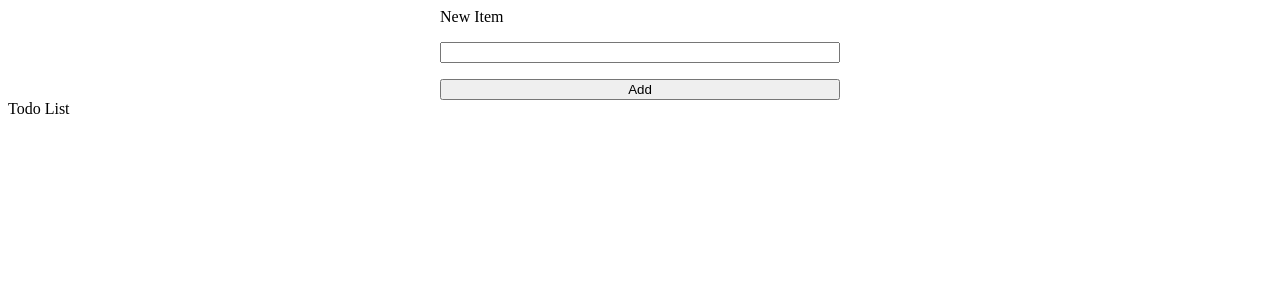
Repository: emmanuel2011-program/react-to-do-list
Page: /
The author's editor kept a copy of each file at every save. The page is drawn from the files as they stood at one save, then again after the next save.
The browser window is 1280 px wide. The pictures show the whole page.
The project was rebuilt for these pictures with package versions that can differ from the ones it lists, and the page was loaded fresh each time. Also part of the build but not shown: vite.config.js.

Above is the page before, as saved 2025-11-02 03:02:06.

### index.html
<!doctype html>
<html lang="en">
  <head>
    <meta charset="UTF-8" />
    <link rel="icon" type="image/svg+xml" href="/vite.svg" />
    <meta name="viewport" content="width=device-width, initial-scale=1.0" />
    <title>react-to-do-list</title>
  </head>
  <body>
    <div id="root"></div>
    <script type="module" src="/src/main.jsx"></script>
  </body>
</html>

### src/App.jsx
import "./styles.css"

export default function App() {
  return (
    <>
  <form className="new-itemform">

      <label htmlFor="item">New Item</label>
      <input type="text" id="item" />
    <button className="btn">Add</button>
  </form>
  <hi className="header">Todo List</hi>
  </>
)
}

### src/styles.css
/* Align the label above the input */
.new-itemform {
  display: flex;
  flex-direction: column;
  gap: 1rem; /* space between rows if you add more later */
  max-width: 400px;
  margin: 0 auto;
}

.form-row {
  display: flex;
  flex-direction: column; /* 👈 stacks label above input */
}

.form-row label {
  margin-bottom: 6px;
  font-weight: 600;
  font-size: 0.95rem;
  color: var(--muted);
}

.form-row input {
  padding: 10px 12px;
  font-size: 1rem;
  border-radius: 8px;
  border: 1px solid #334155;
  background-color: #ecedf0;
  color: var(--text);
  outline: none;
  transition: border 0.2s ease, box-shadow 0.2s ease;
}

.form-row input:focus {
  border-color: var(--accent);
  box-shadow: 0 0 6px rgba(125, 211, 252, 0.4);
}

Loaded but not shown: src/main.jsx (common file)

After the next save:
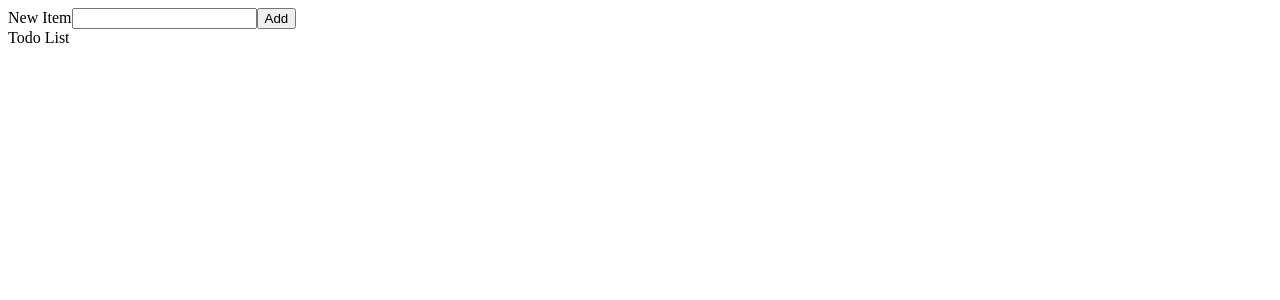
Saved 44 s later.
--- a/src/App.jsx
+++ b/src/App.jsx
@@ -3,7 +3,7 @@ import "./styles.css"
 export default function App() {
   return (
     <>
-  <form className="new-itemform">
+  <form className="new-item-form">
 
       <label htmlFor="item">New Item</label>
       <input type="text" id="item" />

After the save that followed:
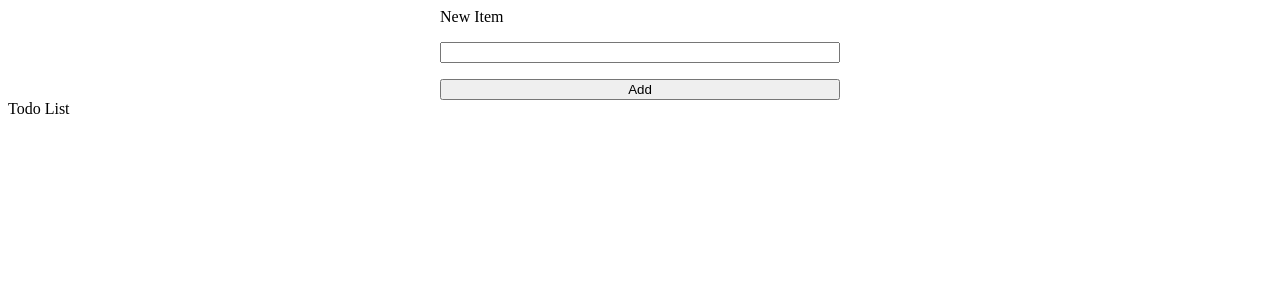
Saved 67 s later.
--- a/src/styles.css
+++ b/src/styles.css
@@ -1,5 +1,5 @@
 /* Align the label above the input */
-.new-itemform {
+.new-item-form {
   display: flex;
   flex-direction: column;
   gap: 1rem; /* space between rows if you add more later */
